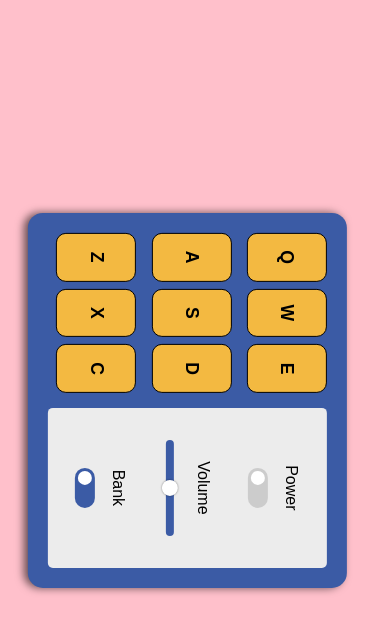
Repository: alfredoleano/drum-machine
Page: /
The author's editor kept a copy of each file at every save. The page is drawn from the files as they stood at one save, then again after the next save.
The browser window is 375 px wide. The pictures show the whole page.
The project was rebuilt for these pictures with package versions that can differ from the ones it lists, and the page was loaded fresh each time.

Above is the page before, as saved 2024-06-11 20:31:17.

### src/App.js
import { useEffect, useState } from 'react';
import './App.css';
import './styles.scss';

function App() {
  const bank1 = {
    Q: 'sounds/Heater-1.mp3',
    W: 'sounds/Heater-2.mp3',
    E: 'sounds/Heater-3.mp3',
    A: 'sounds/Heater-4_1.mp3',
    S: 'sounds/Heater-6.mp3',
    D: 'sounds/Dsc_Oh.mp3',
    Z: 'sounds/Kick_n_Hat.mp3',
    X: 'sounds/RP4_KICK_1.mp3',
    C: 'sounds/Cev_H2.mp3'
  };

  const bank2 = {
    Q: 'sounds/piano.mp3',
    W: 'sounds/jazz.wav',
    E: 'sounds/bangu.wav',
    A: 'sounds/num.wav',
    S: 'sounds/stroke.wav',
    D: 'sounds/cymbals.wav',
    Z: 'sounds/tom.wav',
    X: 'sounds/kick.wav',
    C: 'sounds/snare.wav'
  };

  const [volume, setVolume] = useState(50); // initial sound value
  const [power, setPower] = useState(false); //initial power volume
  const [bank, setBank] = useState(bank1); // initial bank value
  const [isBank1, setIsBank1] = useState(true); // initial bank toggle state

  // Function to change volume
  const changeVolume = (event) => {
    setVolume(event.target.value); // Update the state with current value of the volume slider
  };

  // Function to toggle power
  const togglePower = () => {
    setPower(!power);
  };

  // Function to switch Banks
  const toggleBank = () => {
    setBank(isBank1 ? bank2 : bank1);
    setIsBank1(!isBank1);
  }

  // Function to play sound
  const playSound = (id) => {
    if(!power) return; // Check if the power is on
    const audio = new Audio(bank[id]);
    audio.volume = volume / 100; // initial sound volume
    audio.currentTime = 0; // Set audio to beginning
    audio.play();
  };

  // Use useEffect to add event listener for keydown events
  useEffect(() => {
    // Make the approptiate key play the approptiate sound
    const handleKeydown = (event) => {
      const key = event.key.toUpperCase();
      if(['Q', 'W', 'E', 'A', 'S', 'D', 'Z', 'X', 'C'].includes(key)) {
        playSound(key);

        // Add active class to the button
        const button = document.getElementById(`button-${key}`);
        if(button) {
          button.classList.add('active');
        }
      }
    };

    const handleKeyup = (event) => {
      const key = event.key.toUpperCase();
      if (['Q', 'W', 'E', 'A', 'S', 'D', 'Z', 'X', 'C'].includes(key)) {
        // Remove active class from the button
        const button = document.getElementById(`button-${key}`);
        if (button) {
          button.classList.remove('active');
        }
      }
    };

    // Add keydown event listener
    window.addEventListener('keydown', handleKeydown);
    window.addEventListener('keyup', handleKeyup);

    // Cleanup event listener on component unmount
    return () => {
      window.removeEventListener('keydown', handleKeydown);
      window.removeEventListener('keyup', handleKeyup);
    };
  }, [volume, power, bank]);

  return (
    <div className="App">
      <div id='drum-machine'>
        <div id='display'>
          <div className='buttons-grid'>
            <button id="button-Q" onClick={() => playSound('Q')}>Q</button>
            <button id="button-W" onClick={() => playSound('W')}>W</button>
            <button id="button-E" onClick={() => playSound('E')}>E</button>
            <button id="button-A" onClick={() => playSound('A')}>A</button>
            <button id="button-S" onClick={() => playSound('S')}>S</button>
            <button id="button-D" onClick={() => playSound('D')}>D</button>
            <button id="button-Z" onClick={() => playSound('Z')}>Z</button>
            <button id="button-X" onClick={() => playSound('X')}>X</button>
            <button id="button-C" onClick={() => playSound('C')}>C</button>
          </div>

          <div className='controls'>
            <div className='settings'>
              <label>Power</label>
              {/* Rounded switch */}
              <label className="switch">
                <input type="checkbox" checked={power} onChange={togglePower}/>
                <span className="slider round"></span>
              </label>
            </div>

            <div className='settings'>
              <label>Volume</label>
              <input
                type='range'
                min={0}
                max={100}
                value={volume}
                onChange={changeVolume}
                className='blue'
              />
            </div>

            <div className='settings'>
              <label>Bank</label>
              <label className="switch">
                <input type="checkbox" checked={!isBank1} onChange={toggleBank}/>
                <span className="slider bank"></span>
              </label>
            </div>
          </div>
        </div>
      </div>
    </div>
  );
}

export default App;

### src/styles.scss
$primary-color: #E87A5D;
$secondary-color: #F3B941;
$tertiary-color: #3B5BA5;

/* Apply box-sizing: border-box globally */
*,
*::before,
*::after {
  box-sizing: border-box;
}

body {
  box-sizing: border-box;
  font-family: Arial, sans-serif;
  background-color: $primary-color;
  margin: 0;
  padding: 0;
  height: 100vh;
  // display: flex;
  // align-items: center;
  // justify-content: center;
}

#drum-machine {
  width: 100vw;
  height: 100vh;
  display: flex;
  align-items: center;
  justify-content: center;
  // background-color: greenyellow;
}

#display {
  background-color: $tertiary-color;
  width: 85%;
  max-width: 590px;
  margin: 30px auto;
  padding: 20px;
  border-radius: 15px;
  box-shadow: 0 4px 8px rgba(0, 0, 0, 0.6); /* Subtle shadow */
  display: grid;
  grid-template-columns: 1fr 1fr;
  grid-auto-columns: min-content;
  gap: 15px;
}

.buttons-grid {
  display: grid;
  grid-template-columns: repeat(3, 1fr);
  grid-template-rows: repeat(3, 1fr);
  gap: 7px;
  width: 100%;
}

.buttons-grid button {
  width: 100%px;
  height: 80px;
  // width: 100%;
  // height: 100%;
  border-radius: 10px;
  border: 1px solid #000;
  // border: none;
  font-weight: 800;
  font-size: 1.1rem;
  cursor: pointer;
  outline: none;
  background-color: #F3B941;
}

.buttons-grid button:active {
  background-color: #f1c979;
}

// For keydown event
.buttons-grid button.active {
  background-color: #f1c979;
}

.controls {
  padding: 10px;
  width: 100%;
  display: flex;
  align-items: center;
  justify-content: center;
  flex-direction: column;
  border-radius: 5px;
  background-color: #ececec;
}

.settings {
  display: flex;
  flex-direction: column;
  justify-content: space-around;
  align-items: center;
  padding: 10px;
  height: 35%;
  width: 100%;
  // background-color: #E87A5D;
}


/********************* Rounded switch styling ***********************/

/* The switch - the box around the slider */
.switch {
  position: relative;
  display: inline-block;
  width: 40px;
  height: 20px;
  // margin-top: 5px;
}

/* Hide default HTML checkbox */
.switch input {
  opacity: 0;
  width: 0;
  height: 0;
}

/* The slider */
.slider {
  position: absolute;
  cursor: pointer;
  top: 0;
  left: 0;
  right: 0;
  bottom: 0;
  background-color: #ccc;
  -webkit-transition: .4s;
  transition: .4s;
  border-radius: 25px;
}

.slider.bank {
  background: $tertiary-color;
}

.slider:before {
  position: absolute;
  content: "";
  height: 14px;
  width: 14px;
  left: 3px;
  bottom: 3px;
  background-color: white;
  -webkit-transition: .4s;
  transition: .4s;
  border-radius: 50%;
}

input:checked + .slider {
  background-color: $tertiary-color;
}

input:focus + .slider {
  box-shadow: 0 0 1px $tertiary-color;
}

input:checked + .slider:before {
  -webkit-transform: translateX(20px);
  -ms-transform: translateX(20px);
  transform: translateX(20px);
}

/* Rounded sliders */
.slider.round {
  border-radius: 34px;
}

.slider.round:before {
  border-radius: 50%;
}


/********************* Volume slider styling ***********************/
/* Style the range input */
input[type="range"] {
  appearance: none; /* Standard property */
  -webkit-appearance: none; /* WebKit browsers (Chrome, Safari, iOS) */
  -moz-appearance: none; /* Firefox */
  -ms-appearance: none; /* Internet Explorer and Edge */
  width: 80%;
  height: 8px; /* Adjust height as needed */
  background: $tertiary-color; /* Track color */
  border-radius: 5px;
  outline: none;
  opacity: 1;
  transition: opacity .2s;
}

/* Style the thumb for WebKit browsers (e.g., Chrome, Safari) */
input[type="range"]::-webkit-slider-thumb {
  -webkit-appearance: none; /* Remove default styling */
  appearance: none;
  width: 16px; /* Adjust thumb width as needed */
  height: 16px; /* Adjust thumb height as needed */
  background: #ffffff; /* Thumb color */
  border-radius: 50%; /* Make thumb round */
  cursor: pointer;
  box-shadow: 0 0 2px rgba(0, 0, 0, 0.5);
}


/* Style the thumb for Firefox */
input[type="range"]::-moz-range-thumb {
  -moz-appearance: none; /* Remove default styling */
  appearance: none; /* Standard property */
  width: 16px; /* Adjust thumb width as needed */
  height: 16px; /* Adjust thumb height as needed */
  background: #ffffff; /* Thumb color */
  border-radius: 50%; /* Make thumb round */
  cursor: pointer;
  box-shadow: 0 0 2px rgba(0, 0, 0, 0.5);
}

/* Style the thumb for Internet Explorer */
input[type="range"]::-ms-thumb {
  -ms-appearance: none; /* Remove default styling */
  appearance: none; /* Standard property */
  width: 16px; /* Adjust thumb width as needed */
  height: 16px; /* Adjust thumb height as needed */
  background: #ffffff; /* Thumb color */
  border-radius: 50%; /* Make thumb round */
  cursor: pointer;
  box-shadow: 0 0 2px rgba(0, 0, 0, 0.5);
}

/* Style the track for Internet Explorer */
input[type="range"]::-ms-track {
  width: 75%;
  height: 8px; /* Adjust height as needed */
  background: $tertiary-color; /* Track color */
  border-color: transparent;
  color: transparent;
  border-radius: 5px;
}

/******************** Mobile Design **********************/
@media screen and (max-width: 490px) {
  body {
    display: flex;
    justify-content: center;
    align-items: center;
  }

  #drum-machine {
    height: 100vh;
    width: 100vw;
    overflow: hidden;
    background-color: pink;
  }

  #display {
    // transform: rotate(90deg);
    rotate: 90deg;
    // max-width: 100vh;
    width: 100vh;
    height: 85vw;
  }

  .App {
    display: flex;
    justify-content: center;
    align-items: center;
    height: 100vh;
  }
}

Loaded but not shown: public/index.html (common file); src/index.js (common file); src/index.css (common file); src/reportWebVitals.js (common file); src/App.css (common file)

After the next save:
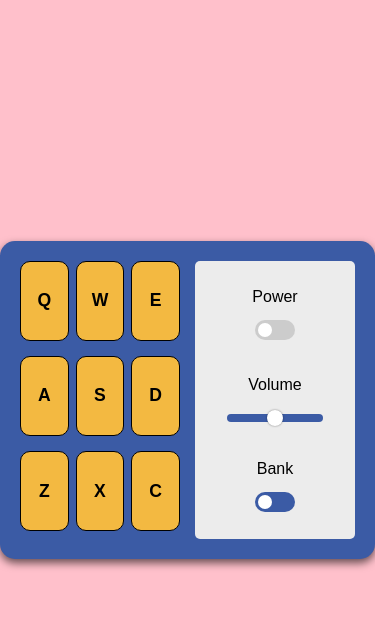
Saved 103 s later.
--- a/src/styles.scss
+++ b/src/styles.scss
@@ -252,16 +252,9 @@ input[type="range"]::-ms-track {
 
   #display {
     // transform: rotate(90deg);
-    rotate: 90deg;
+    // rotate: 90deg;
     // max-width: 100vh;
     width: 100vh;
     height: 85vw;
   }
-
-  .App {
-    display: flex;
-    justify-content: center;
-    align-items: center;
-    height: 100vh;
-  }
-}
+}
